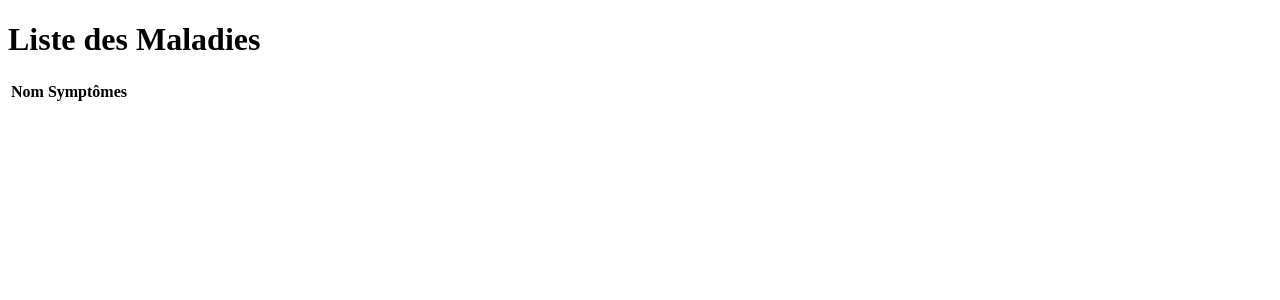
Repository: Sidel-malek/e-sbitar
Page: http://localhost/singup/maladies
These files come from the project's save history. The page is drawn as it stood at one moment and after the next save; the edit follows.
The browser window is 1280 px wide. The pictures show the whole page.
The page is served by Tomcat 9. Queries for data that is not in the repository find no rows.

Above is the page before, as saved 2023-06-03 02:30:39.

After the next save:
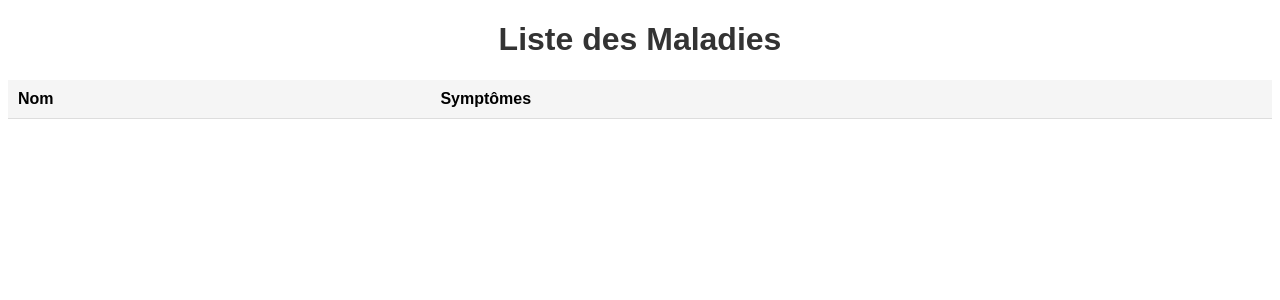
Saved 3 min 53 s later.
--- a/authentification/singup/src/main/webapp/Santé.jsp
+++ b/authentification/singup/src/main/webapp/Santé.jsp
@@ -4,6 +4,31 @@
 <head>
     <meta charset="UTF-8">
     <title>Liste des Maladies</title>
+    <style>
+        body {
+            font-family: Arial, sans-serif;
+        }
+        h1 {
+            text-align: center;
+            color: #333;
+        }
+        table {
+            width: 100%;
+            border-collapse: collapse;
+            margin-top: 20px;
+        }
+        th, td {
+            padding: 10px;
+            text-align: left;
+            border-bottom: 1px solid #ddd;
+        }
+        th {
+            background-color: #f5f5f5;
+        }
+        tr:hover {
+            background-color: #f9f9f9;
+        }
+    </style>
 </head>
 <body>
     <h1>Liste des Maladies</h1>
